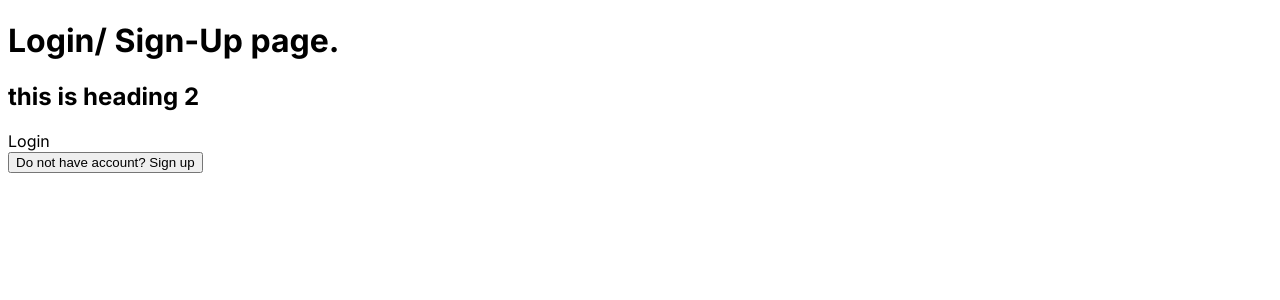
Repository: its-kundan/food-on-time
Page: /restaurant
The author's editor kept a copy of each file at every save. The page is drawn from the files as they stood at one save, then again after the next save.
The browser window is 1280 px wide. The pictures show the whole page.
The project was rebuilt for these pictures with package versions that can differ from the ones it lists, and the page was loaded fresh each time. The framework's server and built-in components were replaced by stand-ins that run in the browser. Also part of the build but not shown: next.config.mjs, src/app/globals.css, src/app/_components/SignUp.jsx.

Above is the page before, as saved 2024-07-24 19:34:20.

After the next save:
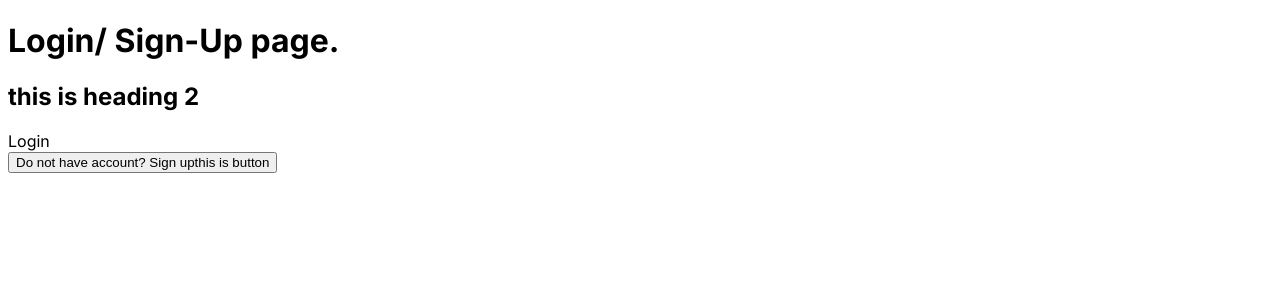
Saved 13 s later.
--- a/src/app/restaurant/page.js
+++ b/src/app/restaurant/page.js
@@ -21,6 +21,7 @@
 
     <button >
       {login?"Do not have account? Sign up":"Already have an account? Login"}
+      this is button
     </button>
     </div>
     </>

After the save that followed:
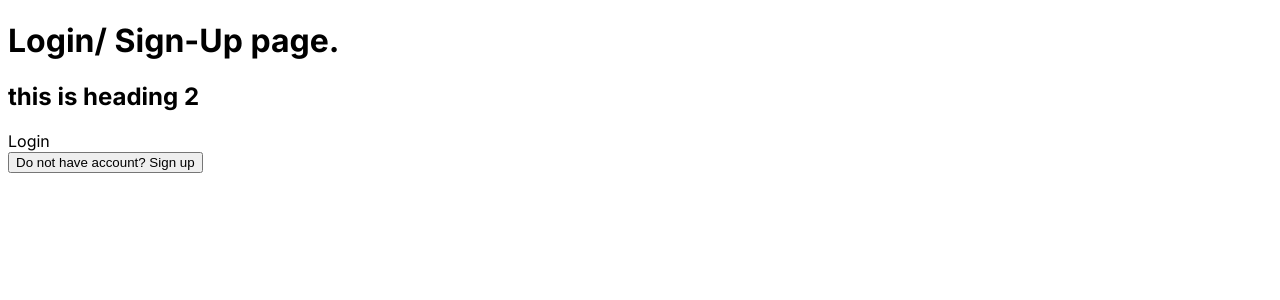
Saved 12 s later.
--- a/src/app/restaurant/page.js
+++ b/src/app/restaurant/page.js
@@ -21,7 +21,7 @@
 
     <button >
       {login?"Do not have account? Sign up":"Already have an account? Login"}
-      this is button
+
     </button>
     </div>
     </>
